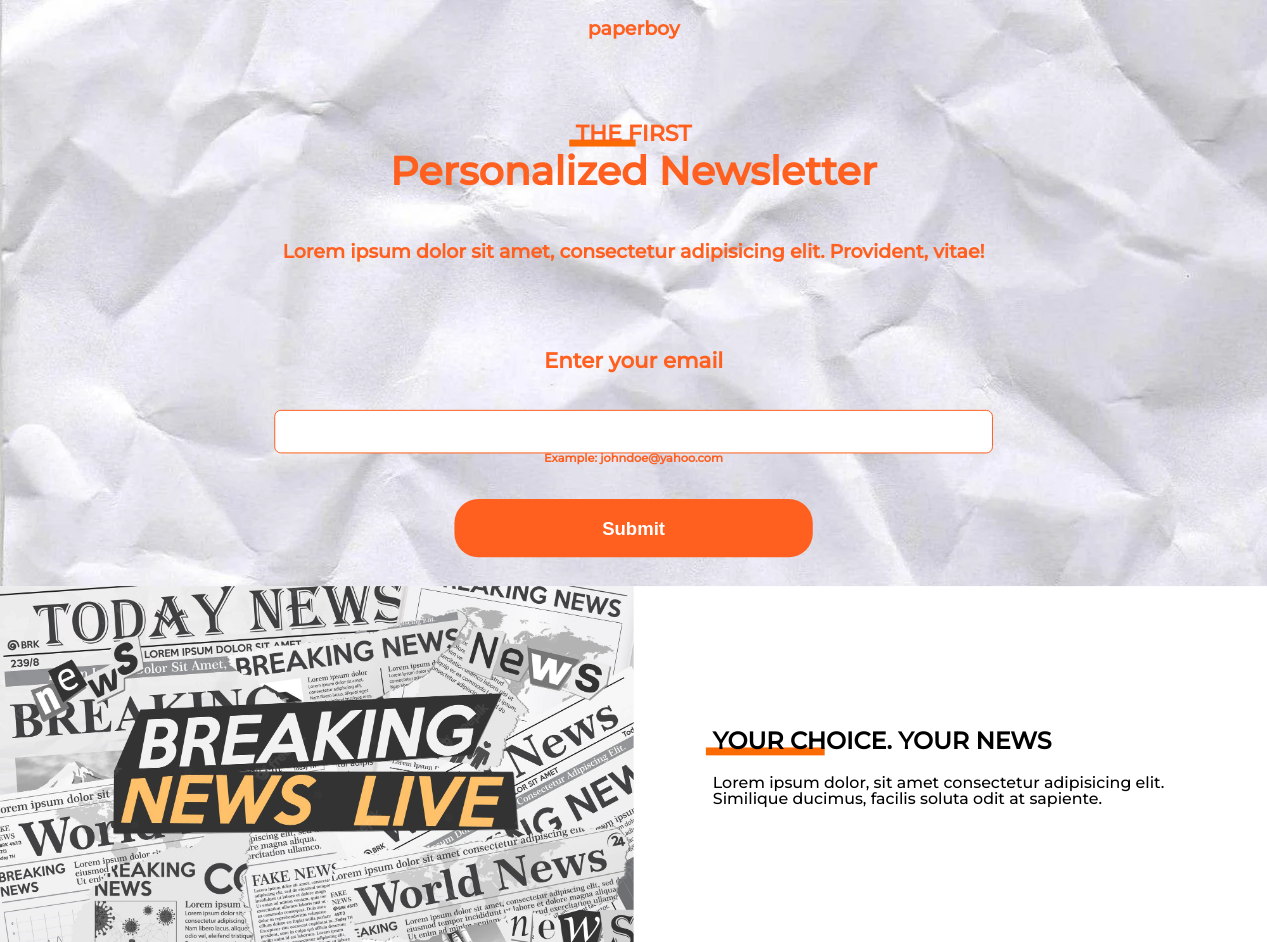
Repository: Gionnn/proiecte
Page: index.html
The author's editor kept a copy of each file at every save. The page is drawn from the files as they stood at one save, then again after the next save.
The browser window is 1280 px wide. The pictures show the whole page, at 99% of full size.

Above is the page before, as saved 2022-11-28 14:52:24.

After the next save:
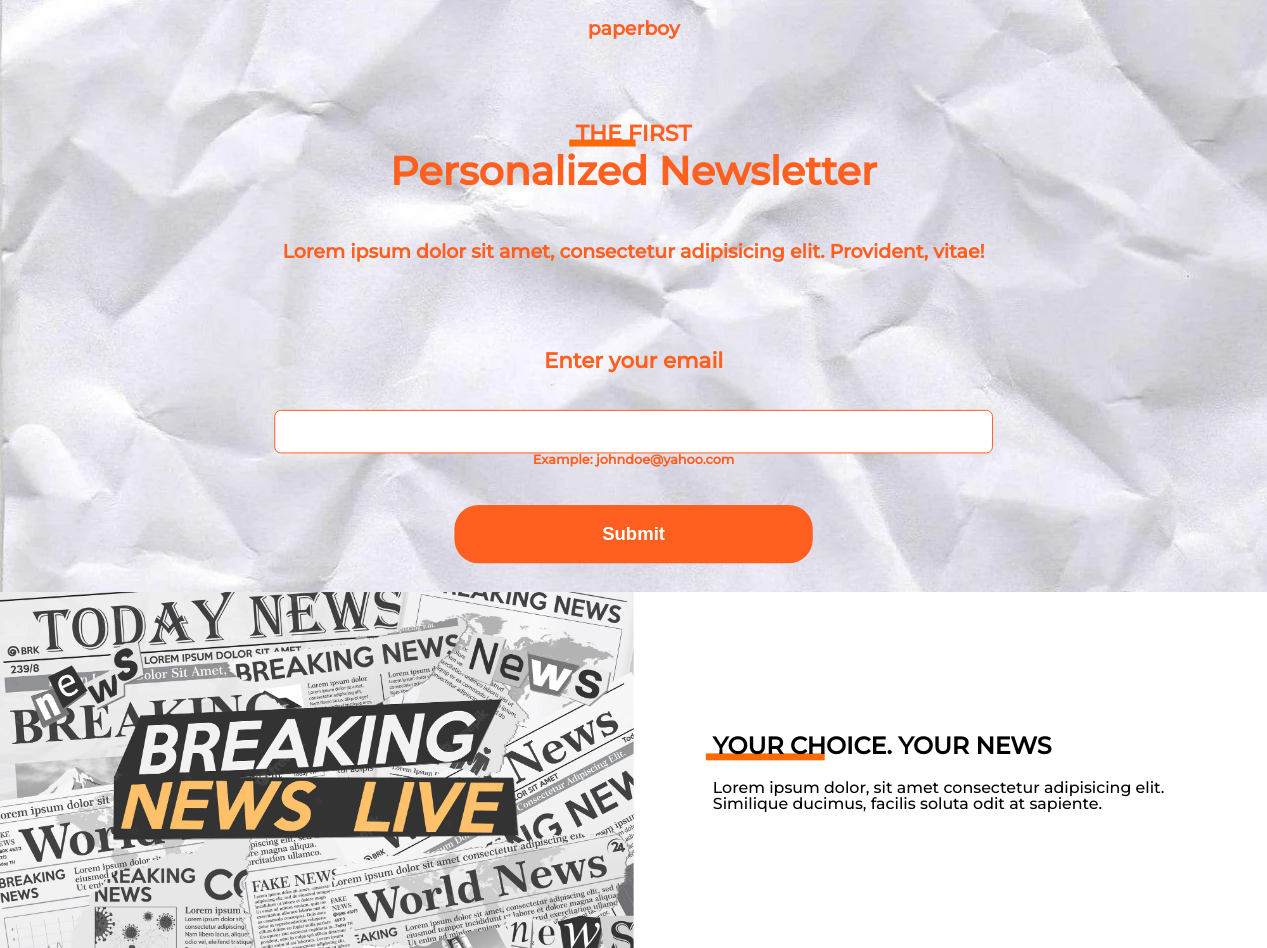
Saved 7 s later.
--- a/css/main.css
+++ b/css/main.css
@@ -79,7 +79,7 @@ input[type="text"] {
   margin-top: 0.3em;
 }
 .form-container p {
-  font-size: 0.8em;
+  font-size: 0.9em;
 }
 input[type="button"] {
   background-color: #ff5f1f;
